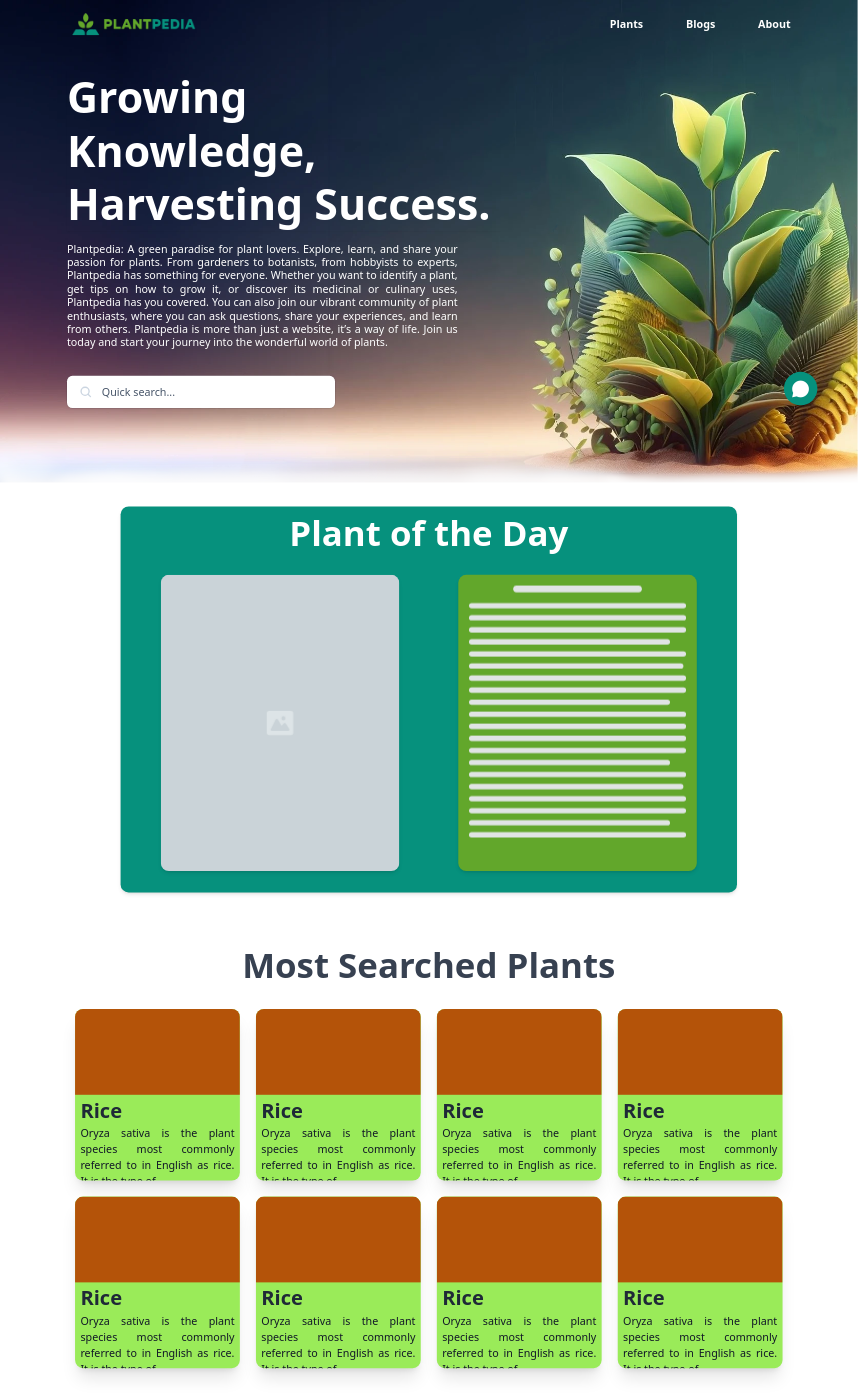
Repository: silham/PlantPedia
Page: /test/home
An editor plug-in stored every save of this project. The page is shown before and after the next save, followed by the edit.
The browser window is 1280 px wide. The pictures show the whole page, at 67% of full size.
The page's requests for data from a server got no answer. The project was rebuilt for these pictures with package versions that can differ from the ones it lists, and the page was loaded fresh each time. The framework's server and built-in components were replaced by stand-ins that run in the browser. No one was signed in, and anything a server would have sent is missing. Also part of the build but not shown: next.config.js, app/components/SearchBox.css, app/test/Chat/style.css, app/utils/Formatter.ts.

Above is the page before, as saved 2023-10-16 16:26:52.

After the next save:
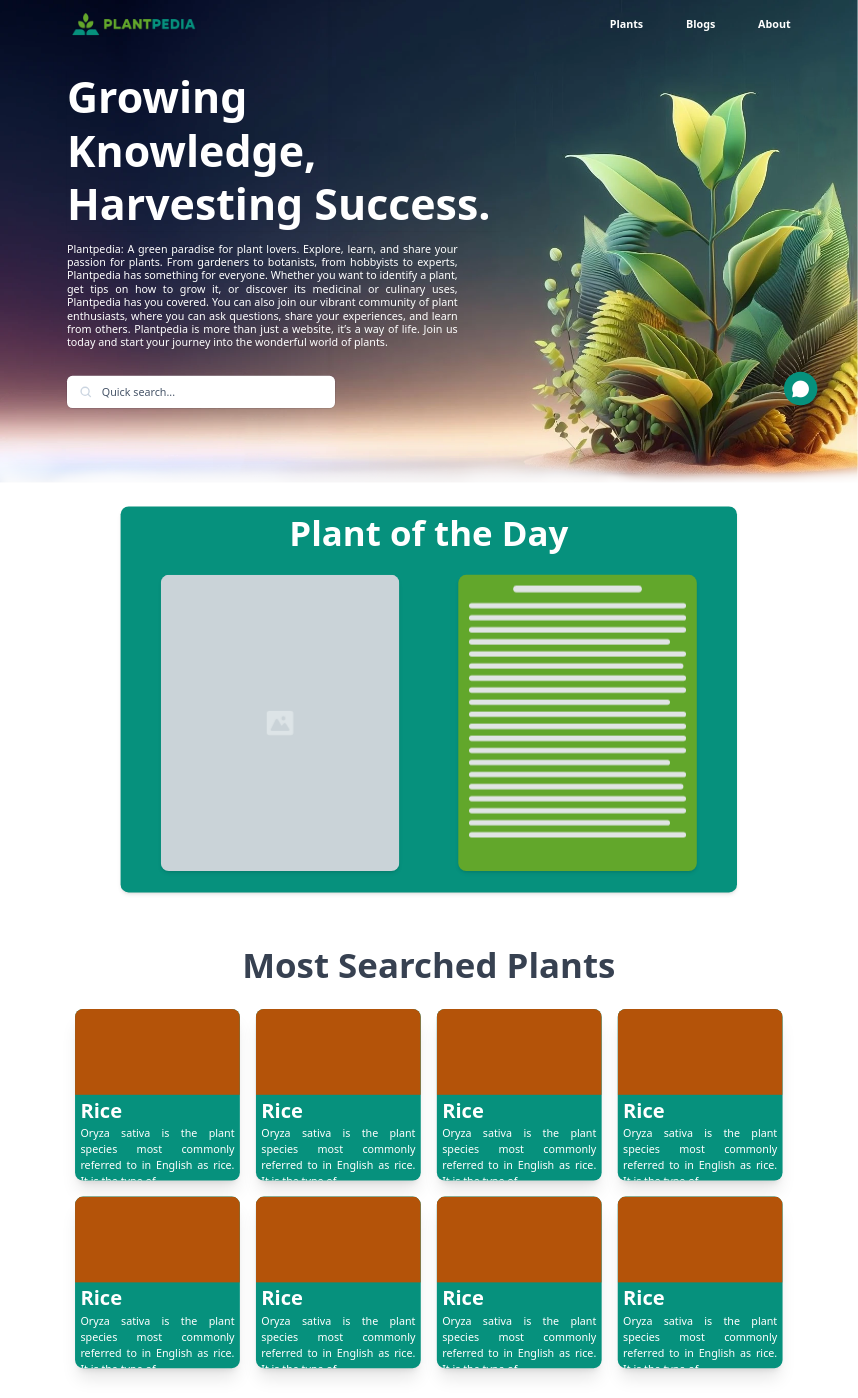
Saved 2 min 11 s later.
--- a/app/test/home/PlantCard.tsx
+++ b/app/test/home/PlantCard.tsx
@@ -6,11 +6,11 @@
   return (
     <div className="w-[25%] p-3">
       <Link href="#">
-        <div className="w-full h-64 bg-[#9AEB59] rounded-xl shadow-xl overflow-hidden cursor-pointer hover:scale-105 duration-150 ease-in-out">
+        <div className="w-full h-64 bg-custom-blue-green rounded-xl shadow-xl overflow-hidden cursor-pointer hover:scale-105 duration-150 ease-in-out">
           <div className="w-full h-1/2 bg-amber-700"></div>
           <div className="w-full h-1/2 px-2">
-            <h5 className="text-gray-800 font-black text-[30px]">Rice</h5>
-            <p className="text-gray-900 font-medium text-[16px] text-justify">
+            <h5 className="text-white font-black text-[30px]">Rice</h5>
+            <p className="text-white font-medium text-[16px] text-justify">
               {TextShorter(
                 "Oryza sativa is the plant species most commonly referred to in English as rice. It is the type of farmed rice whose cultivars are most common globally, and was first domesticated in the Yangtze River basin in China 13,500 to 8,200 years ago.",
                 100

After the save that followed:
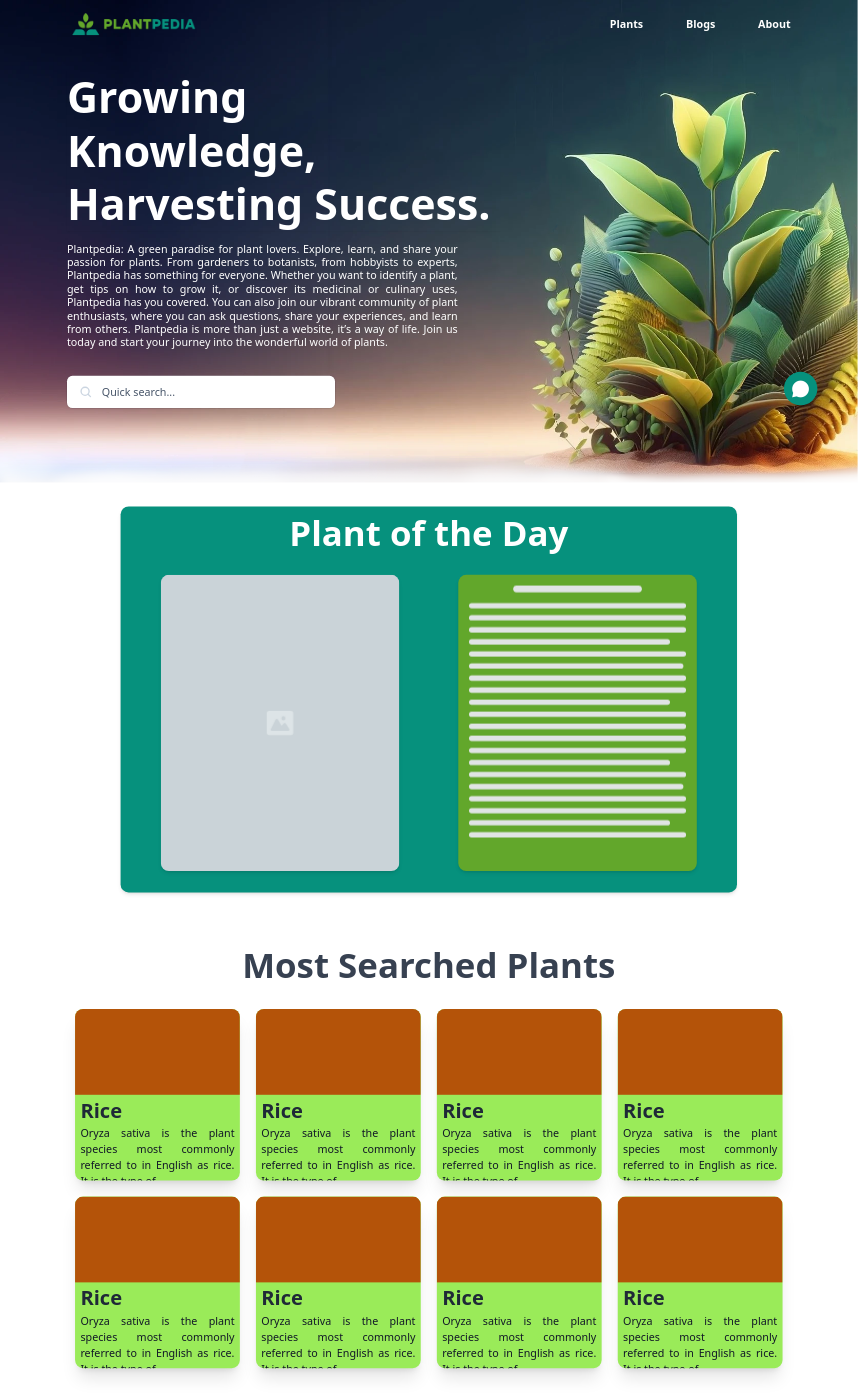
Saved 19 s later.
--- a/app/test/home/PlantCard.tsx
+++ b/app/test/home/PlantCard.tsx
@@ -6,11 +6,11 @@
   return (
     <div className="w-[25%] p-3">
       <Link href="#">
-        <div className="w-full h-64 bg-custom-blue-green rounded-xl shadow-xl overflow-hidden cursor-pointer hover:scale-105 duration-150 ease-in-out">
+        <div className="w-full h-64 bg-[#9AEB59] rounded-xl shadow-xl overflow-hidden cursor-pointer hover:scale-105 duration-150 ease-in-out">
           <div className="w-full h-1/2 bg-amber-700"></div>
           <div className="w-full h-1/2 px-2">
-            <h5 className="text-white font-black text-[30px]">Rice</h5>
-            <p className="text-white font-medium text-[16px] text-justify">
+            <h5 className="text-gray-800 font-black text-[30px]">Rice</h5>
+            <p className="text-gray-900 font-medium text-[16px] text-justify">
               {TextShorter(
                 "Oryza sativa is the plant species most commonly referred to in English as rice. It is the type of farmed rice whose cultivars are most common globally, and was first domesticated in the Yangtze River basin in China 13,500 to 8,200 years ago.",
                 100
